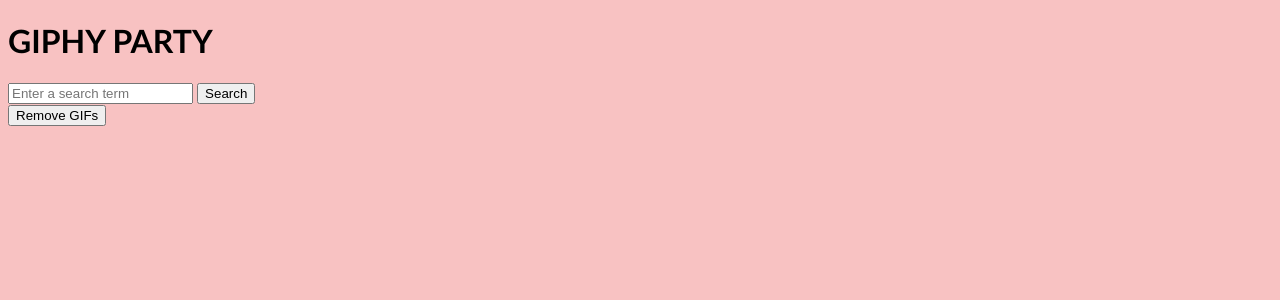
Repository: rmdayberry/AJAX-Giphy-Party
Page: index.html
The author's editor kept a copy of each file at every save. The page is drawn from the files as they stood at one save, then again after the next save.
The browser window is 1280 px wide. The pictures show the whole page.
Some web libraries are served in a nearby version.

Above is the page before, as saved 2024-08-06 12:58:43.

### index.html
<!DOCTYPE html>
<html lang="en">
  <head>
    <meta charset="UTF-8" />
    <title>Giphy Party!</title>
    <link rel="stylesheet" href="style.css" />
  </head>

  <body>
    <h1>GIPHY PARTY</h1>
    <form id="gifForm">
      <input type="text" id="searchTerm" placeholder="Enter a search term" />
      <button type="submit">Search</button>
    </form>
    <div id="gifContainer"></div>

    <button id="removeAllBtn">Remove GIFs</button>
    <script src="https://code.jquery.com/jquery-3.2.1.js"></script>
    <script src="https://unpkg.com/axios/dist/axios.js"></script>
    <script src="app.js"></script>
  </body>
</html>

### style.css
body {
  font-family: "Trebuchet MS", "Lucida Sans Unicode", "Lucida Grande",
    "Lucida Sans", Arial, sans-serif;
  background-color: rgb(248, 194, 194);
}

### app.js
console.log("Let's get this party started!");
//handle form submissions and AJAX requests
document
  .getElementById("gifForm")
  .addEventListener("submit", async function (e) {
    e.preventDefault();

    const searchTerm = document.getElementById("searchTerm").value;
    const apiKey = "MhAodEJIJxQMxW9XqxKjyXfNYdLoOIym";
    const url = `http://api.giphy.com/v1/gifs/search?q=${searchTerm}&api_key=${apiKey}`;

    try {
      const response = await axios.get(url);
      console.log(response.data);
      //append gifs to page
      const gifUrl = response.data.data[0].images.fixed_height.url; //get first gif url
      const img = document.createElement("img");
      img.src = gifUrl;
      document.getElementById("gifContainer").appendChild(img);
    } catch (error) {
      console.log("Error finding GIF:", error);
    }
  });

//add eventListener to remove GIFs button
document.getElementById("removeAllBtn").addEventListener("click", function () {
  const gifContainer = document.getElementById("gifContainer");
  while (gifContainer.firstChild) {
    gifContainer.removeChild(gifContainer.firstChild);
  }
});

After the next save:
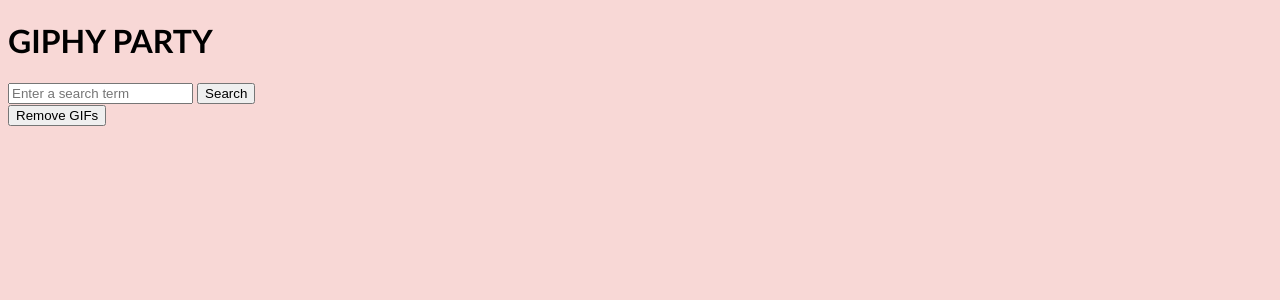
Saved 13 s later.
--- a/style.css
+++ b/style.css
@@ -1,5 +1,5 @@
 body {
   font-family: "Trebuchet MS", "Lucida Sans Unicode", "Lucida Grande",
     "Lucida Sans", Arial, sans-serif;
-  background-color: rgb(248, 194, 194);
+  background-color: rgb(248, 216, 214);
 }
